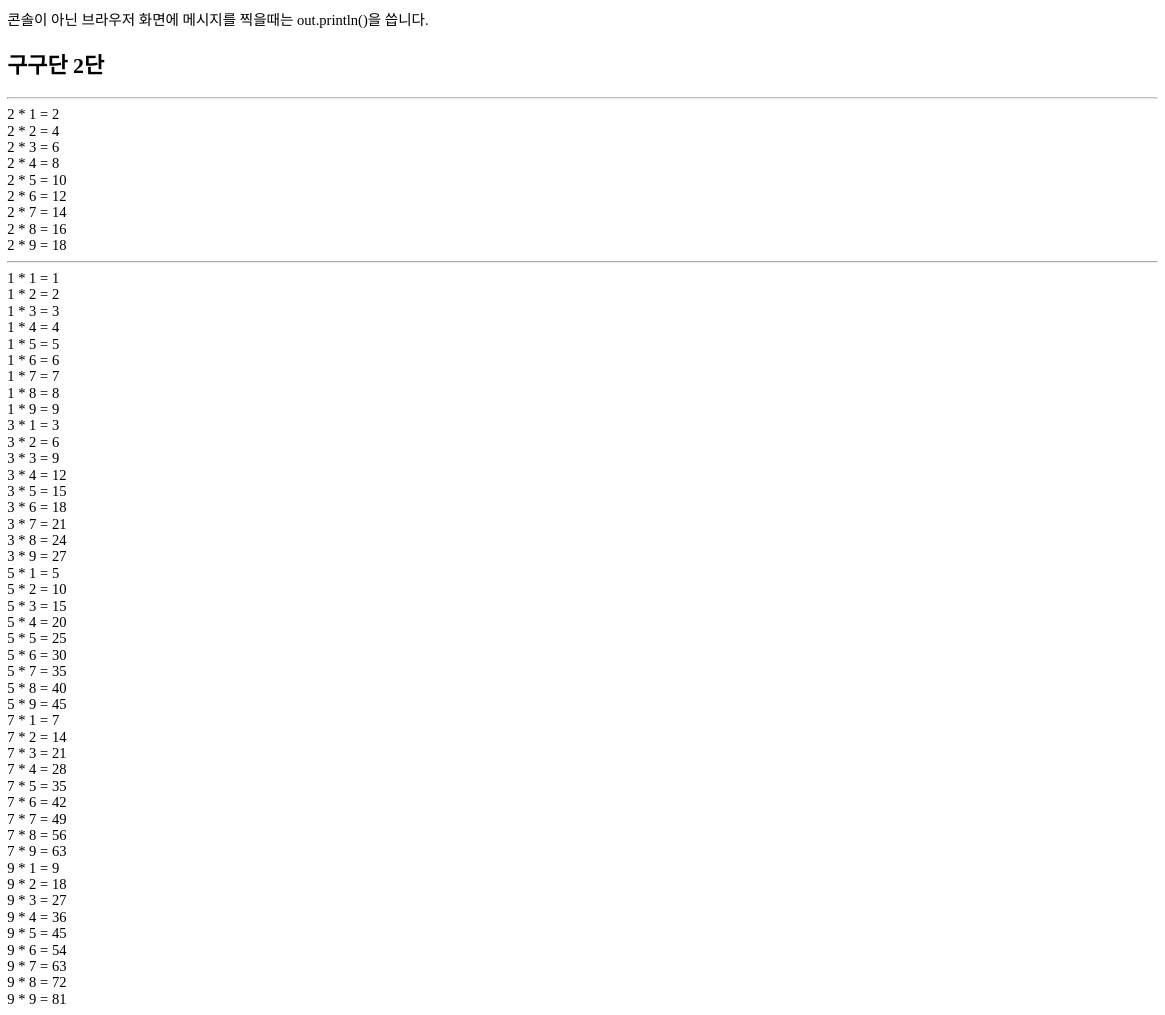
Repository: Andante8989/jsp_practice
Page: http://localhost/JSPBasic/jsptag/scriptlet.jsp
These files come from the project's save history. The page is drawn as it stood at one moment and after the next save; the edit follows.
The browser window is 1280 px wide. The pictures show the whole page, at 91% of full size.
The page is served by Tomcat 9.

Above is the page before, as saved 2022-03-22 11:44:54.

After the next save:
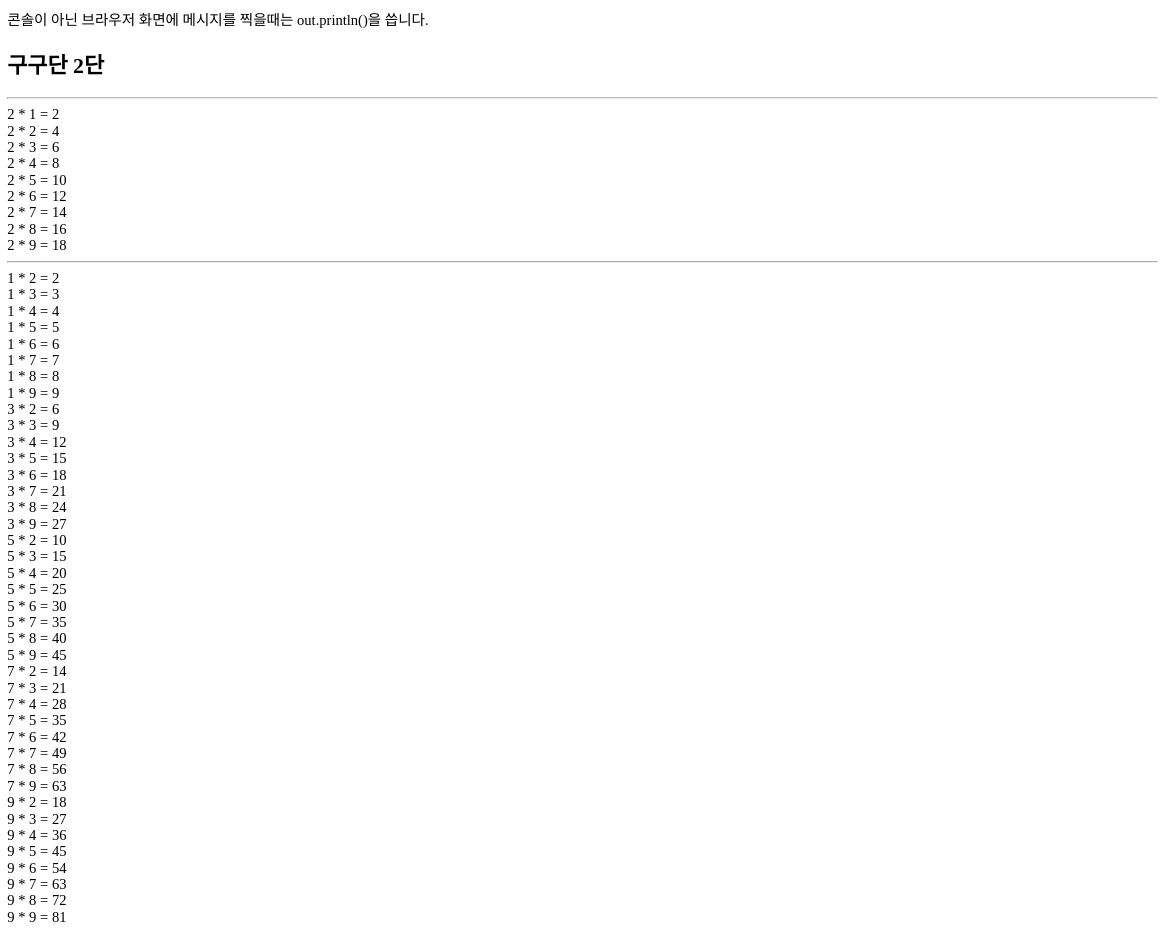
Saved 29 s later.
--- a/JSPBasic/src/main/webapp/jsptag/scriptlet.jsp
+++ b/JSPBasic/src/main/webapp/jsptag/scriptlet.jsp
@@ -21,7 +21,7 @@
 	<%
 		for(int a = 1; a < 10; a++) {
 			if(a % 2 != 0) {
-				for(int b = 1; b < 10; b++) {
+				for(int b = 2; b < 10; b++) {
 					out.println(a + " * " + b + " = " + a*b + "<br/>");
 				}
 			}
